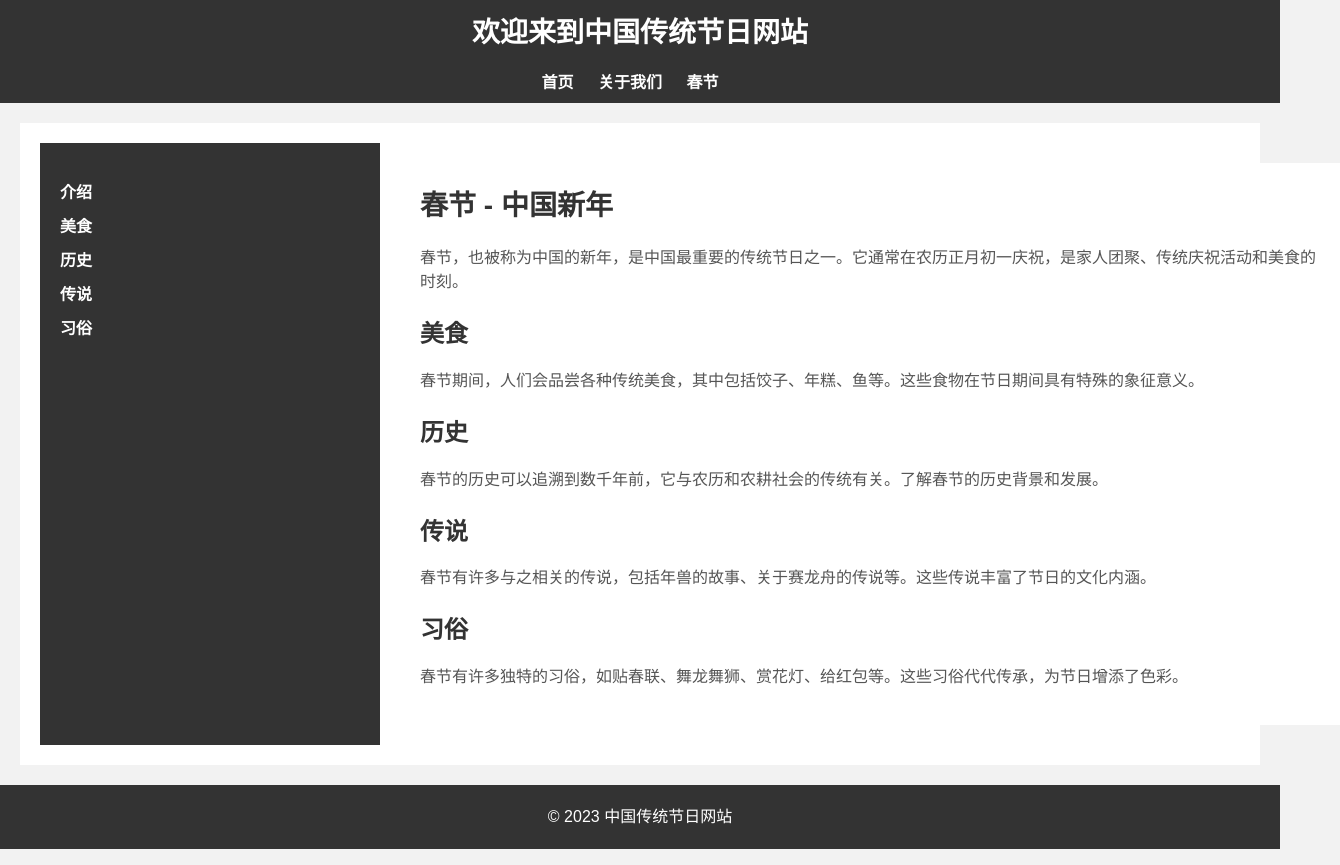
Repository: XueJie1/computer-operation-basics
Page: pages/springfestival.html
These files come from the project's save history. The page is drawn as it stood at one moment and after the next save; the edit follows.
The browser window is 1280 px wide. The page is 1340 px wide, so the pictures cover 1340 px, including what lies to the right of the window. The pictures show the whole page.

Above is the page before, as saved 2023-08-30 14:55:35.

After the next save:
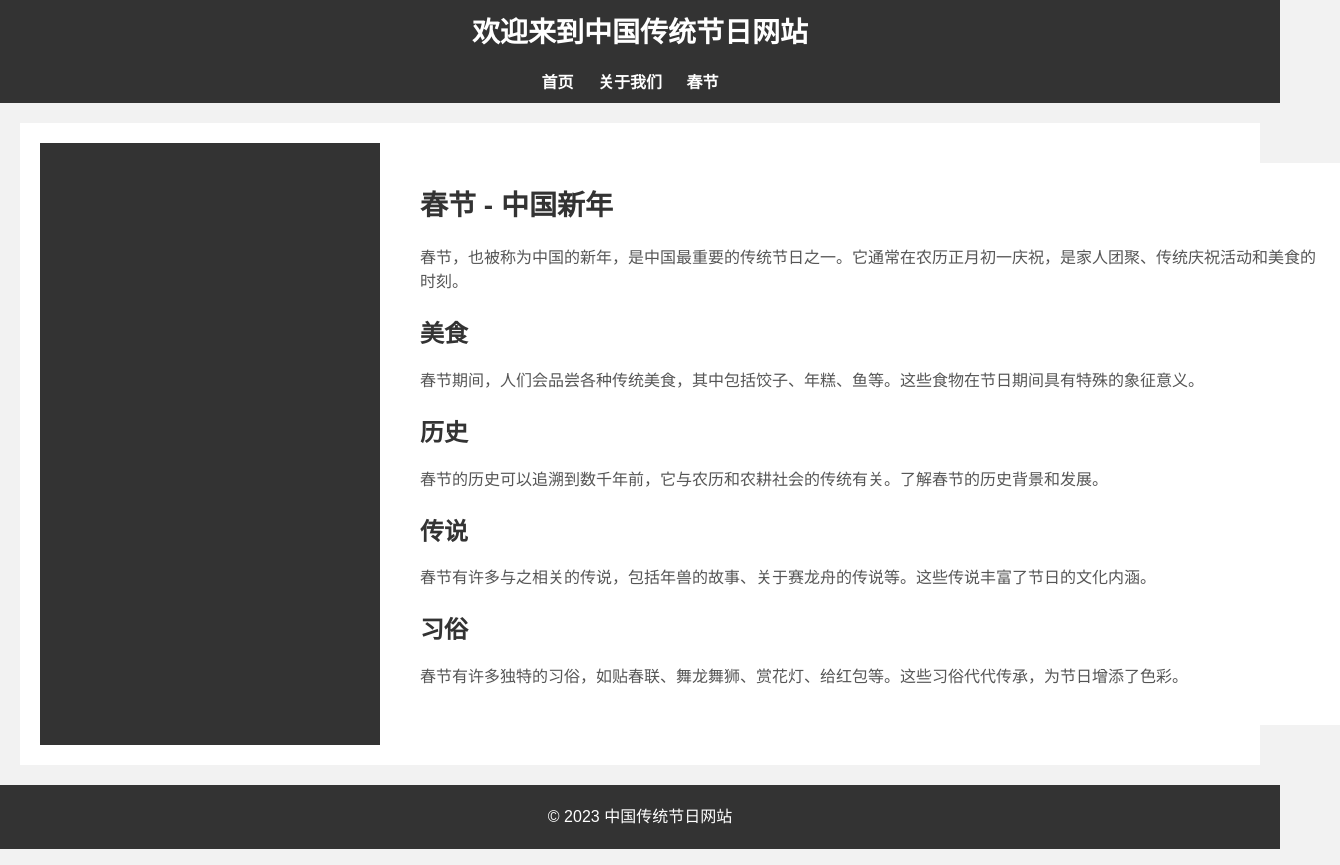
Saved 16 s later.
--- a/pages/springfestival.html
+++ b/pages/springfestival.html
@@ -15,13 +15,7 @@
         <div class="container">
             <div class="sidebar">
                 <!-- 侧边栏 -->
-                <ul>
-                    <li><a href="#introduction">介绍</a></li>
-                    <li><a href="cuisine.html">美食</a></li>
-                    <li><a href="history.html">历史</a></li>
-                    <li><a href="legend.html">传说</a></li>
-                    <li><a href="customs.html">习俗</a></li>
-                </ul>
+
             </div>
 
             <main>
@@ -62,6 +56,7 @@
     <script>
         $("#header").load("header.html");
         $("#footer").load("footer.html");
+        $("#sidebar").load("sidebar.html");
     </script>
 </body>
 

After the save that followed:
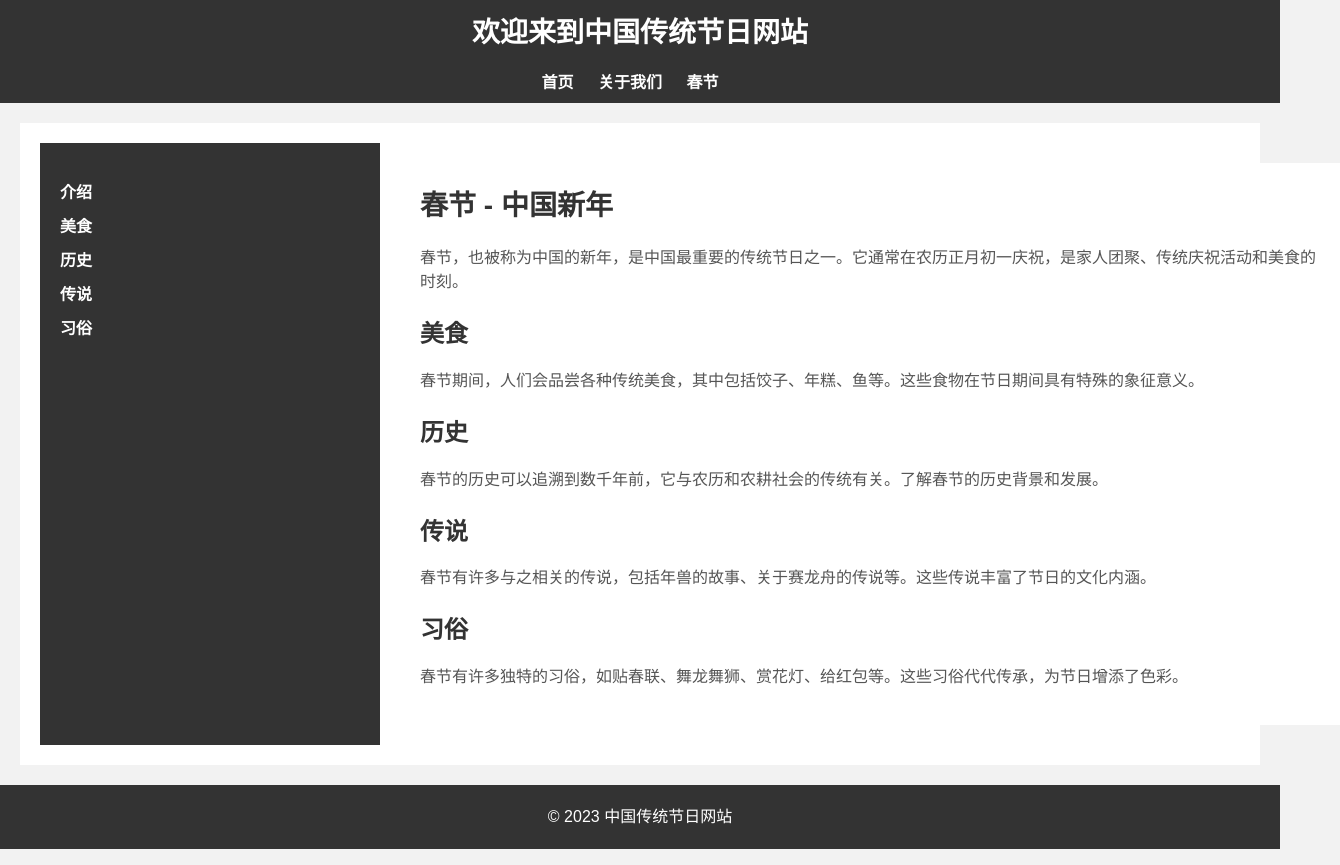
Saved 30 s later.
--- a/pages/springfestival.html
+++ b/pages/springfestival.html
@@ -13,7 +13,7 @@
     <div id="header"></div>
     <main>
         <div class="container">
-            <div class="sidebar">
+            <div class="sidebar" id="sidebar">
                 <!-- 侧边栏 -->
 
             </div>
